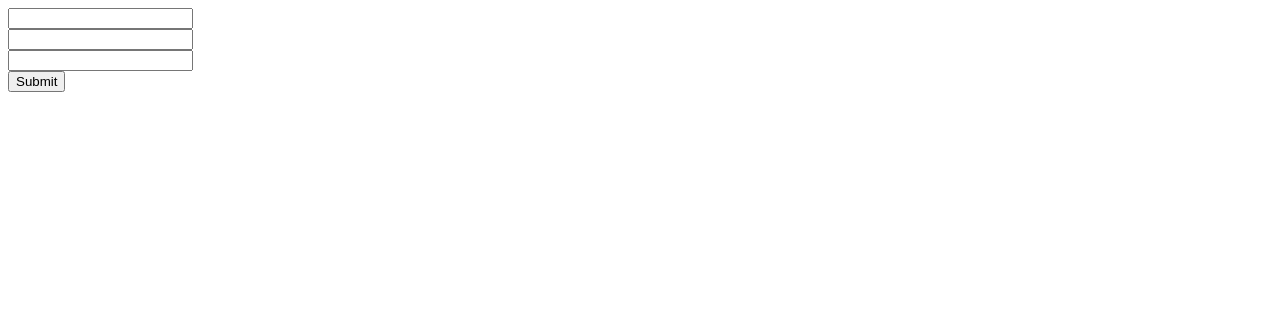
Repository: ahanuma1999/SpringbootPracticed
Page: http://localhost/FirstApi/home.jsp
These files come from the project's save history. The page is drawn as it stood at one moment and after the next save; the edit follows.
The browser window is 1280 px wide. The pictures show the whole page.
The page is served by Tomcat 9.

Above is the page before, as saved 2021-12-28 14:48:45.

After the next save:
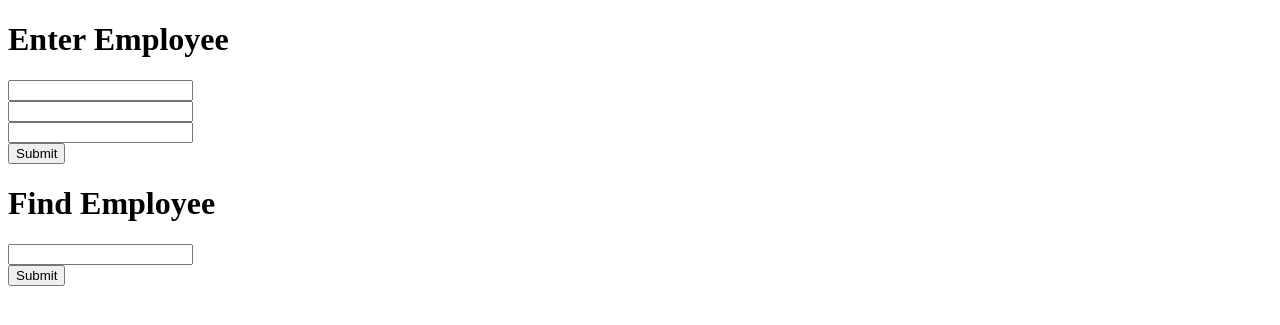
Saved 74 s later.
--- a/FirstApi/src/main/webapp/home.jsp
+++ b/FirstApi/src/main/webapp/home.jsp
@@ -5,15 +5,17 @@
 <title>Insert title here</title>
 </head>
 <body>
-
+ <h1>Enter Employee</h1>
  <form action="add">
-
  <input type="number" name="eid"></br>
  <input type="text" name="ename"></br>
   <input type="number" name="esalary"></br>
  <input type="submit" ></br>
-
-
+ </form>
+ <h1>Find Employee</h1>
+ <form action="show">
+ <input type="number" name="eid"></br>
+ <input type="submit" ></br>
  </form>
 </body>
 </html>
